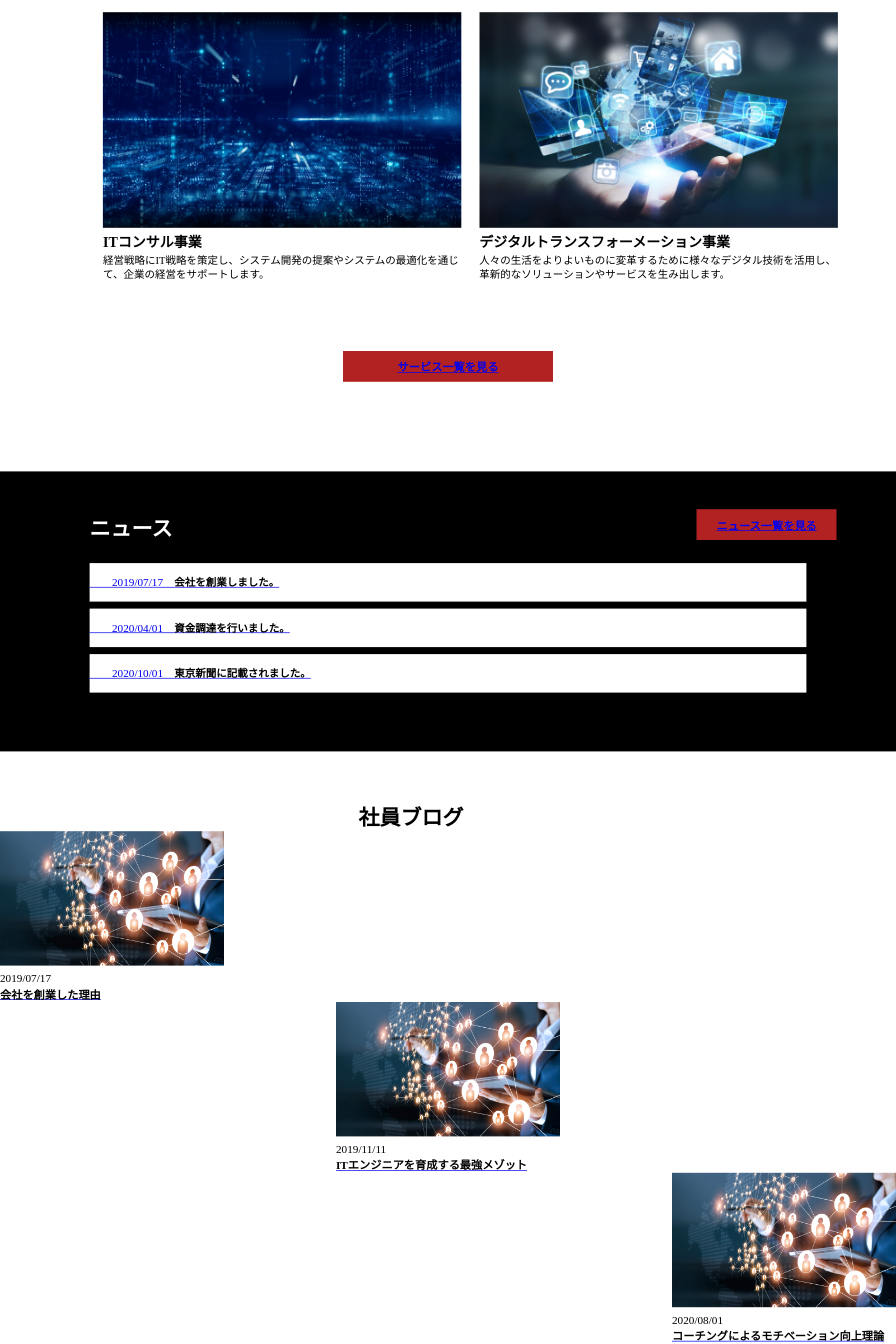
Repository: sigemasaasuka/20211012sigemasa
Page: index.html
The author's editor kept a copy of each file at every save. The page is drawn from the files as they stood at one save, then again after a run of saves.
The browser window is 1280 px wide. The pictures show the part of the page from y = 1338 to 3258 px (the page is 3258 px tall), at 70% of full size.

Above is the page before, as saved 2021-10-20 16:34:42.

### index.html
<!DOCTYPE html>
<html lang="ja">

<head>
  <meta charset="UTF-8">
  <meta name="viewport" content="width=device-width, initial-scale=1.0">
  <title>Document</title>

    <link rel="stylesheet" href="css/reset.css">
    <link rel="stylesheet" href="css/index.css">
</head>
<body>
  <header class="header">
    <div class="header-logo">
      <img class="logo" src="img/logo.png" alt="logo">
    </div>
    <nav class="header-nav">
      <ul class="header-nav-list">
        <li class="header-nav-item"><a href="index.html">ホーム</a></li>
        <li class="header-nav-item"><a href="service.html">事業内容</a></li>
        <li class="header-nav-item"><a href="news.html">ニュース</a></li>
        <li class="header-nav-item"><a href="blog.html">社員ブログ</a></li>
        <li class="header-nav-item"><a href="company.html">会社概要</a></li>
        <li class="header-nav-item"><a href="recruit.html">採用情報</a></li>
        <li class="header-nav-item"><a href="contact.html">お問い合わせ</a></li>
      </ul>
    </nav>
  </header>
  <div class="home">
  <div class="home-photo">
    <div class="home-title">
    <p>最新のテクノロジーで社会課題を解決</p>
      <div class="home-title2">
      <p>Solving　issues　with　the　latest　technology</p>
     </div>
    </div>
    </div>
    </div>
    <div class="home-color">
      <div class="hope">
        <p><br><br>株式会社TECHの想い</p>
        <div class="hope2">
          <p>あらゆる産業において、新たなデジタル技術を使ってこれまでにないビジネスモデルを展開する新規参加者が登場し、ゲームチェンジが起ころうとしています。こうした<br>中で、各企業は、競争力維持・強化のために、DXを迅速に進めていくことが求められています。しかし、DXにおいて投資コストは非常にかかります。株式会社TECHでは<br>独自のオペレーションと人材教育により、他社よりも価格を抑えた開発を行います。</p>
        </div>
      </div>
    </div>
    <div class="service">
      <p>サービス</p>
      </div>
      <div class="png1">
      <div class="service1">
        <img  src="img/service1.png"  alt="service1">
        <div class="it">
        <p>IT人材育成事業</p>
        <div class="it2">
        <p>これまでに培った教育手法を生かして、短期間で即戦力のIT人材を育成します。</p>
        </div>
      </div>
      </div>
      <div class="service2">
      <img  src="img/service2.png" alt="service2">
      <div class="coach">
        <p>コーチング事業</p>
        <div class="coach2">
          <p>目標達成を最短で実現するために、プロのコーチによるマンツーマンのサポートを実施します</p>
        </div>
      </div>
      </div>
      </div>
      <div class="png2">
      <div class="service3">
        <img src="img/service3.png" alt="service3">
        <div class="Consultant">
          <p>ITコンサル事業</p>
          <div class="Consultant2">
            <p>経営戦略にIT戦略を策定し、システム開発の提案やシステムの最適化を通じて、企業の経営をサポートします。</p>
          </div>
        </div>
      </div>
      <div class="service4">
        <img src="img/service4.png" alt="service4">
        <div class="formation">
          <p>デジタルトランスフォーメーション事業</p>
          <div class="formation2">
            <p>人々の生活をよりよいものに変革するために様々なデジタル技術を活用し、革新的なソリューションやサービスを生み出します。</p>
          </div>
        </div>
      </div>
      </div>
      <div class="list">
        <a href="service.html">サービス一覧を見る</a>
      </div>
      <div class="news">
        <div class="nesw-list">
          <div class="news-font">
          <p>ニュース</p></div>
          <div class="news-button">
            <a href="news.html">ニュース一覧を見る</a>
          </div>
        </div>
        <div class="news-info1">
          <a href="index.html">　　2019/07/17　<span class="co">会社を創業しました。</span></a></div>
          <div class="news-info2">
          <a href="index.html">　　2020/04/01　<span class="fund">資金調達を行いました。</span></a></div>
          <div class="news-info3">
          <a href="index.html">　　2020/10/01　<span class="newspaper">東京新聞に記載されました。</span></a></div>
      </div>
      <div class="blog">
        <p>社員ブログ</p>
        </div>
        <div class="reason">
        <div class="reason-png">
          <a href="index.html">
            <img src="img/blog.png" alt="blog">
          </a>
          <p class="reason1">2019/07/17</p>
          <a href="index.html"><p class="reason2">会社を創業した理由</p></a>
        </div>
        </div>
        <div class="nurturing">
        <div class="nurturing-png">
          <a href="index.html">
            <img src="img/blog.png" alt="blog">
          </a>
          <p class="nurturing1">2019/11/11</p>
          <a href="index.html">
            <p class="nurturing2">ITエンジニアを育成する最強メゾット</p>
          </a>
        </div>
      </div>
      <div class="coaching">
        <div class="coaching-png">
        <a href="index.html">
          <img src="img/blog.png" alt="blog">
        </a>
        <p class="coaching1">2020/08/01</p>
        <a href="index.html">
          <p class="coaching2">コーチングによるモチベーション向上理論</p>
        </a>
        </div>
        </div>


<script src="js/main.js"></script>
</body>
</html>

### css/reset.css
@charset "UTF-8";
html, body, div, span, applet, object, iframe,
h1, h2, h3, h4, h5, h6, p, blockquote, pre,
a, abbr, acronym, address, big, cite, code,
del, dfn, em, img, ins, kbd, q, s, samp,
small, strike, strong, sub, sup, tt, var,
b, u, i, center,
dl, dt, dd, ol, ul, li,
fieldset, form, label, legend,
table, caption, tbody, tfoot, thead, tr, th, td,
article, aside, canvas, details, embed,
figure, figcaption, footer, header, hgroup,
menu, nav, output, ruby, section, summary,
time, mark, audio, video {
margin: 0;
padding: 0;
border: none;
font-style: normal;
text-align: left;
zoom: 1;
}
article, aside, details, figcaption, figure,
footer, header, hgroup, menu, nav, section {
display: block;
}
table {
border-collapse: collapse;
font-family: inherit;
}
h1,h2,h3,h4,h5 {
font-size: 100%;
font-weight: normal;
line-height: 1;
}
input,textarea,select {
font-family: inherit;
font-size: 16px;
}
input[type="button"],input[type="text"],input[type="submit"] {
 -webkit-appearance: none;
 border-radius: 0;
}
textarea {
resize: none;
-webkit-appearance: none;
border-radius: 0;
}
th,td {
border-collapse: collapse;
}
table th,table td {
white-space: nowrap;
}
ul,ol {
list-style-type: none;
}
img {
vertical-align: text-bottom;
vertical-align: -webkit-baseline-middle;
max-width: 100%;
height: auto;
width /***/:auto;
}

### css/index.css
.logo {
  text-decoration: none;
  color: inherit;
  width: 50%;
}
.header {
  width: 100%;
  display: flex;
  justify-content: space-between;
  align-items: center;
  height: 70px;
  padding: 0 30px;
  position: fixed;
  box-sizing: border-box;
  background-color: #fff;
  color: #000;
}

.a {
  text-decoration: none;
}

.header-ttl {
  font-size: 24px;
  width: 80px;
}

.header-nav-list {
  display: flex;
  font-weight: bold;
}

.header-nav-item:not(:last-child) {
  margin-right: 30px;
}

.home-photo {
  position: relative;
  padding-top: calc(250 / 683 * 100%); /* calc(画像高さ ÷ 画像横幅 × 100%) */
  background: url(../img/mv.png) center center / cover no-repeat;
}

.home-title {
  display: flex;
  flex-direction: column;
  position: absolute;
  font-size: 50px;
  margin-left: 20%;
  top: 40%;
  font-weight: bolder;
  color: #fff;
}

.home-title2 {
  display: flex;
  position: absolute;
  font-size: 20px;
  margin-top: 45px;
  margin-left: 23%;
  top: 40%;
  font-weight: bold;
  color: #fff;
}

.home-color {
  background-color: #000;
  height: 300px;
}

.hope {
  top: 30%;
  display: flex;
  flex-direction: column;
  font-weight: bolder;
  font-size: 30px;
  margin-left: 10%;
  color: #fff;
}

.hope2 {
  display: flex;
  font-size: 15px;
  margin-top: 20px;
  font-weight: normal;
  color: #fff;
}

.service {
  margin-top: 5%;
  margin-left: 45%;
  font-size: 35px;
  font-weight: bolder;
}

.png1 {
  display: flex;
  justify-content: center;
}

.service1 {
  margin-top: 5%;
  margin-left: 5%;
  width: 40%;
}

.it {
  margin-top: 1%;
  font-size: 20px;
  font-weight: bolder;
}

.it2 {
  font-size: 15px;
  font-weight: normal;
}

.service2 {
  margin-top: 3%;
  margin-left: 2%;
  width: 40%;
}

.coach {
  margin-top: 1%;
  font-size: 20px;
  font-weight: bolder;
}

.coach2 {
  font-size: 15px;
  font-weight: normal;
}

.png2 {
  display: flex;
  justify-content: center;
}

.service3 {
  margin-top: 2%;
  margin-left: 5%;
  width: 40%;
}

.Consultant {
  margin-top: 1%;
  font-size: 20px;
  font-weight: bolder;
}

.Consultant2 {
  font-size: 15px;
  font-weight: normal;
}

.service4 {
  margin-top: 2%;
  margin-left: 2%;
  width: 40%;
}

.formation {
  margin-top: 1%;
  font-size: 20px;
  font-weight: bolder;
}

.formation2 {
  font-size: 15px;
  font-weight: normal;
}

.list {
  width: 300px;
  padding: 10px 0;
  color: #fff;
  font-weight: bold;
  background: #b22222;
  text-align: center;
  margin: 100px auto 0;
  display: block;
}

.news {
  margin-top: 10%;
  background-color: #000;
  height: 400px;
}

.nesw-list {
  margin-left: 10%;
  display: flex;
  justify-content: flex-start;
  align-items: center;
}

.news-font {
  font-weight: bold;
  font-size: 30px;
  color: #fff;
  margin-top: 5%;
}

.news-button {
  color: #fff;
  margin-top: 50px;
  margin-left: 65%;
  width: 200px;
  padding: 10px 0;
  font-weight: bold;
  background: #b22222;
  text-align: center;
  display: block;
}

.news-info1 {
  margin-top: 30px;
  margin-left: 10%;
  width: 80%;
  height: 35px;
  padding: 10px 0;
  background: #fff;
  line-height: 35px;
  display: block;
  color: #000;
}
.co {
  font-size: 15px;
  font-weight: bold;
  color: #000;
}

.news-info2 {
  margin-top: 10px;
  margin-left: 10%;
  width: 80%;
  height: 35px;
  padding: 10px 0;
  background: #fff;
  line-height: 35px;
  display: block;
  color: #000;
}
.fund {
  font-size: 15px;
  font-weight: bold;
  color: #000;
}

.news-info3 {
  margin-top: 10px;
  margin-left: 10%;
  width: 80%;
  height: 35px;
  padding: 10px 0;
  background: #fff;
  line-height: 35px;
  display: block;
  color: #000;
}
.newspaper {
  font-size: 15px;
  font-weight: bold;
  color: #000;
}

.blog {
  margin-top: 70px;
  margin-left: 40%;
  font-size: 30px;
  font-weight: bolder;
}

.reason {
  display: flex;
  justify-content: flex-start;
  flex-direction: row;
}

.reason-png {
  width: 25%;
}

.reason1 {
  margin-top: 10px;
  color: #000;
}

.reason2 {
  font-weight: bolder;
  color: #000;
}

.nurturing {
  display: flex;
  justify-content: center;
}
.nurturing-png {
  width: 25%;
}

.nurturing1 {
  margin-top: 10px;
  color: #000;
}

.nurturing2 {
  font-weight: bolder;
  color: #000;
}

.coaching {
  display: flex;
  justify-content: flex-end;
  flex-direction: row;
}

.coaching-png {
  width: 25%;
}

.coaching1 {
  margin-top: 10px;
  color: #000;
}

.coaching2 {
  font-weight: bolder;
  color: #000;
}

Loaded but not shown: js/main.js (no stored copy; drawn as an empty file)

After the next 3 saves:
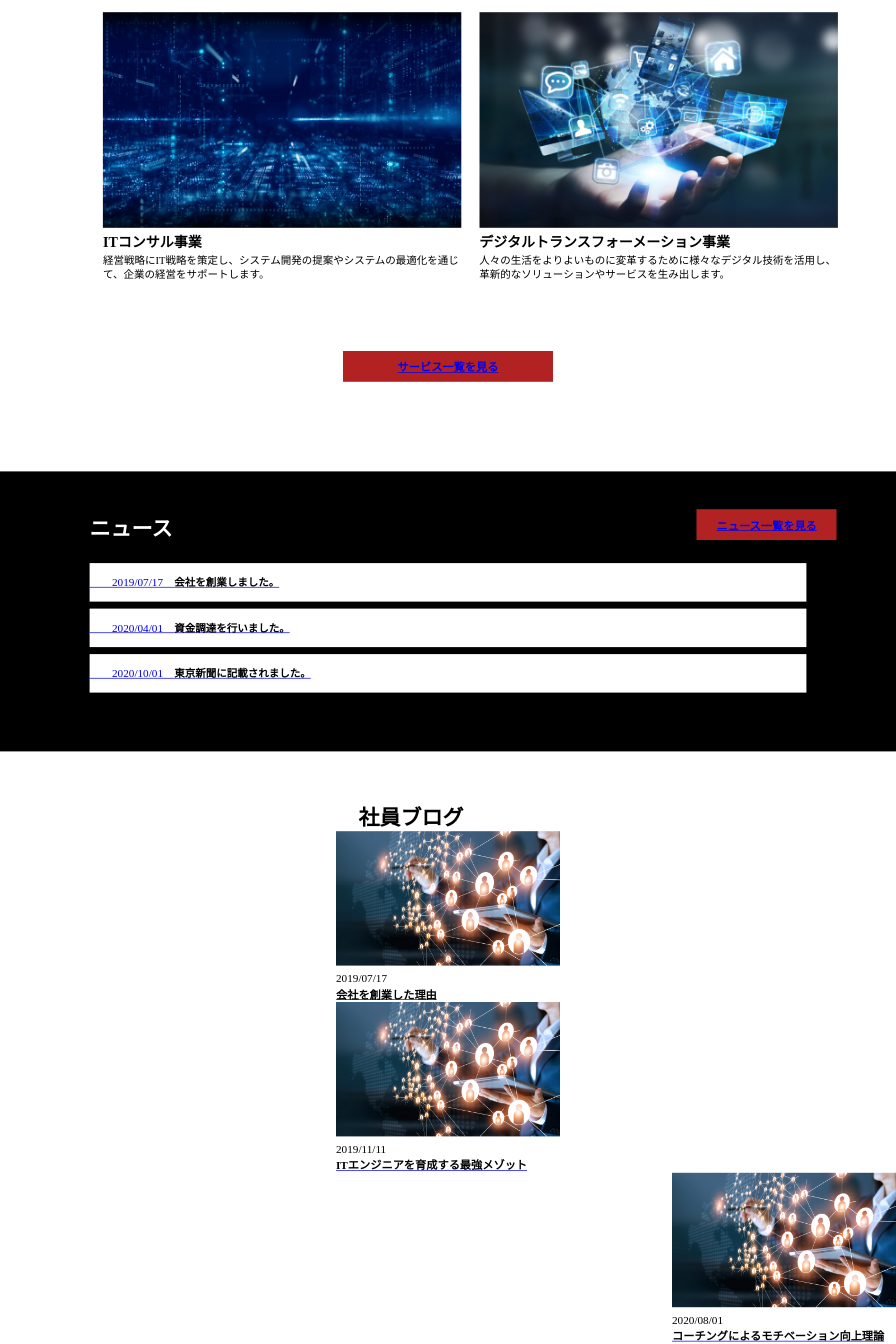
The 3 saves are shown as one change because they came seconds apart.
The last was saved 10 s later.
--- a/css/index.css
+++ b/css/index.css
@@ -273,8 +273,7 @@
 
 .reason {
   display: flex;
-  justify-content: flex-start;
-  flex-direction: row;
+  justify-content: center;
 }
 
 .reason-png {
